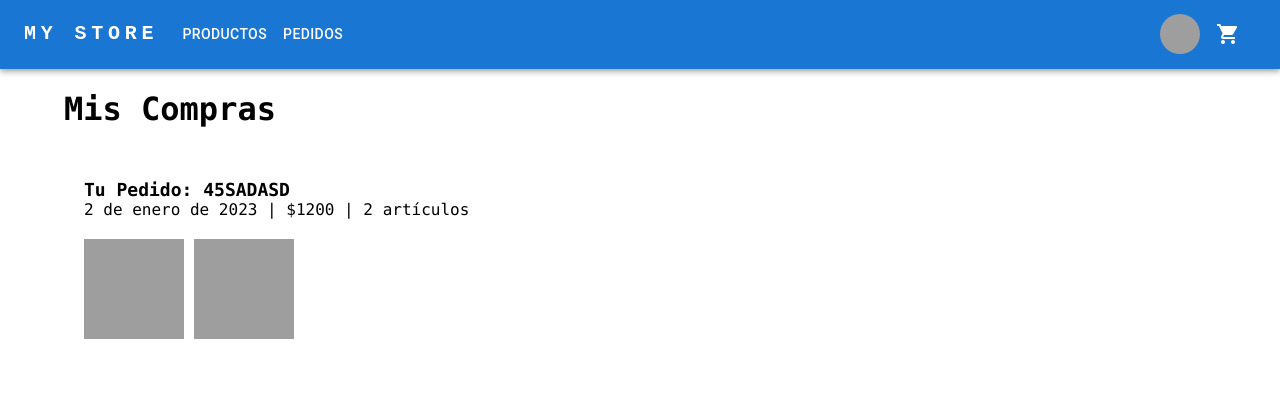
Repository: DanielBorussia/front-my-store
Page: /OrderList
These files come from the project's save history. The page is drawn as it stood at one moment and after the next save; the edit follows.
The browser window is 1280 px wide. The pictures show the whole page.
Pictures or frames that could not be fetched are drawn as grey boxes. The project was rebuilt for these pictures with package versions that can differ from the ones it lists, and the page was loaded fresh each time. Also part of the build but not shown: src/components/OrderItem.js, src/containers/MyOrderPreview.js, src/components/ProductItem.js, src/hooks/useGetProducts.js, src/shared/Loading.js, src/containers/ProductList.js, src/pages/Home.js.

Above is the page before, as saved 2023-07-01 16:48:49.

### src/index.js
import React from 'react';
import ReactDOM from 'react-dom/client';
import './index.css';
import App from './routes/App';
import reportWebVitals from './reportWebVitals';

const root = ReactDOM.createRoot(document.getElementById('root'));
root.render(
  <React.StrictMode>
    <App />
  </React.StrictMode>
);

// If you want to start measuring performance in your app, pass a function
// to log results (for example: reportWebVitals(console.log))
// or send to an analytics endpoint. Learn more: https://bit.ly/CRA-vitals
reportWebVitals();

### src/index.css
body {
  margin: 0;
  -webkit-font-smoothing: antialiased;
  -moz-osx-font-smoothing: grayscale;
  font-family: source-code-pro, Menlo, Monaco, Consolas, "Courier New",
  monospace;
}

### src/routes/App.js
import React from 'react';
import { BrowserRouter, Routes, Route } from 'react-router-dom';
import useInitialState from '../hooks/useInitialState';
import AppContext from '../context/AppContext';
import Layout from '../containers/Layout';
import Home from '../pages/Home';
import ShoppingList from '../containers/ShoppingList';

const App = () => {
    const initialState = useInitialState();
    return (
        //encapsular la aplicacion para compartir la informacion
        <AppContext.Provider value={initialState}>
        <BrowserRouter>
            <Layout>
            <Routes>
                <Route exact path="/" element={<Home/>} />
                <Route exact path="/OrderList" element={<ShoppingList/>} />
            </Routes>
            </Layout>
        </BrowserRouter>
        </AppContext.Provider>

    );
}

export default App;

### src/hooks/useInitialState.js
import { useState } from 'react';

const initialState = {
    cart: [],
}

const useInitialState = () => {
    const [state, setState] = useState(initialState);

    const addToCart = (payload) => {
        setState({
            ...state,
            cart: [...state.cart, payload]
        });
    };

    const removeFromCart = (payload) => {
        setState({
            ...state,
            cart: state.cart.filter(item => item.id != payload.id),
        })
    }

    return {
        state,
        addToCart,
        removeFromCart
    }
}

export default useInitialState;

### src/containers/Layout.js
import React from 'react';
import Header from '../components/Header';

const Layout = ({ children }) => {
	return (
		<div className="Layout">
			<Header />
			{children}
		</div>
	);
}

export default Layout;

### src/containers/ShoppingList.js
import { useState } from "react";
// UI
import ShoppingItem from "../components/ShoppingItem";
import { Box, Container } from "@mui/material";

const ShoppingList = () => {
    const [orders, setOrders] = useState([
        {
            id: 1,
            total: 1200,
            code: '45SADASD',
            products:[
                {
                    id: 1,
                    title: 'product 1',
                    image: 'https://assets.adidas.com/images/w_280,h_280,f_auto,q_auto:sensitive/d1d0a4a589d44010bb8daacd00a85d46_9366/FM3897_250_FM3897_01_laydown.jpg.jpg'
                },
                {
                    id: 2,
                    title: 'product 2',
                    image: 'https://assets.adidas.com/images/w_280,h_280,f_auto,q_auto:sensitive/42c462d2f5d94d80930bae6701225f46_9366/HG7757_120_HG7757_03_standard.jpg.jpg'
                }
            ]
        }
    ]);

    return (
        <Container>
            <h1>Mis Compras</h1>
            <Box className="soppingList">
                {orders.map(order => (
                    <ShoppingItem order={order} key={order.id} />
                ))}
            </Box>

        </Container>
    );
}

export default ShoppingList;

### src/components/Header.js
import React, { useContext, useState } from 'react';
// UI
import AppBar from '@mui/material/AppBar';
import Box from '@mui/material/Box';
import Toolbar from '@mui/material/Toolbar';
import IconButton from '@mui/material/IconButton';
import Typography from '@mui/material/Typography';
import Menu from '@mui/material/Menu';
import MenuIcon from '@mui/icons-material/Menu';
import Container from '@mui/material/Container';
import Avatar from '@mui/material/Avatar';
import Button from '@mui/material/Button';
import Tooltip from '@mui/material/Tooltip';
import MenuItem from '@mui/material/MenuItem';
import AdbIcon from '@mui/icons-material/Adb';
import ShoppingCartIcon from '@mui/icons-material/ShoppingCart';
import AppContext from '../context/AppContext';
import MyOrderPreview from '../containers/MyOrderPreview';

const pages = ['Productos', 'Pedidos'];
const settings = ['Perfil', 'Mis Pedidos', 'Salir'];

const Header = () => {
    const { state } = useContext(AppContext);
    const [anchorElNav, setAnchorElNav] = useState(null);
    const [anchorElUser, setAnchorElUser] = useState(null);
    const [toggleOrderPreview, setToggleOrderPreview] = useState(false);

    const handleOpenNavMenu = (event) => {
        setAnchorElNav(event.currentTarget);
    };

    const handleOpenUserMenu = (event) => {
        setAnchorElUser(event.currentTarget);
    };

    const handleCloseNavMenu = () => {
        setAnchorElNav(null);
    };

    const handleCloseUserMenu = () => {
        setAnchorElUser(null);
    };

    return (
    <AppBar position="static">
      <Container maxWidth="xl">
        <Toolbar disableGutters>
          <Typography
            variant="h6"
            noWrap
            component="a"
            href="/"
            sx={{
              mr: 2,
              display: { xs: 'none', md: 'flex' },
              fontFamily: 'monospace',
              fontWeight: 700,
              letterSpacing: '.3rem',
              color: 'inherit',
              textDecoration: 'none',
            }}
          >
            MY STORE
          </Typography>

          <Box sx={{ flexGrow: 1, display: { xs: 'flex', md: 'none' } }}>
            <IconButton
              size="large"
              aria-label="account of current user"
              aria-controls="menu-appbar"
              aria-haspopup="true"
              onClick={handleOpenNavMenu}
              color="inherit"
            >
              <MenuIcon />
            </IconButton>
            <Menu
              id="menu-appbar"
              anchorEl={anchorElNav}
              anchorOrigin={{
                vertical: 'bottom',
                horizontal: 'left',
              }}
              keepMounted
              transformOrigin={{
                vertical: 'top',
                horizontal: 'left',
              }}
              open={Boolean(anchorElNav)}
              onClose={handleCloseNavMenu}
              sx={{
                display: { xs: 'block', md: 'none' },
              }}
            >
              {pages.map((page) => (
                <MenuItem key={page} onClick={handleCloseNavMenu}>
                  <Typography textAlign="center">{page}</Typography>
                </MenuItem>
              ))}
            </Menu>
          </Box>
          <AdbIcon sx={{ display: { xs: 'flex', md: 'none' }, mr: 1 }} />


          <Typography
            variant="h5"
            noWrap
            component="a"
            href=""
            sx={{
              mr: 2,
              display: { xs: 'flex', md: 'none' },
              flexGrow: 1,
              fontFamily: 'monospace',
              fontWeight: 700,
              letterSpacing: '.3rem',
              color: 'inherit',
              textDecoration: 'none',
            }}
          >
            MY STORE
          </Typography>
          <Box sx={{ flexGrow: 1, display: { xs: 'none', md: 'flex' } }}>
            {pages.map((page) => (
              <Button
                key={page}
                onClick={handleCloseNavMenu}
                sx={{ my: 2, color: 'white', display: 'block' }}
              >
                {page}
              </Button>
            ))}
          </Box>

          <Box sx={{ flexGrow: 0 }}>
            <Tooltip title="Open settings">
              <IconButton onClick={handleOpenUserMenu} sx={{ p: 0 }}>
                <Avatar alt="Remy Sharp" src="/static/images/avatar/2.jpg" />
              </IconButton>
            </Tooltip>
            <Menu
              sx={{ mt: '45px' }}
              id="menu-appbar"
              anchorEl={anchorElUser}
              anchorOrigin={{
                vertical: 'top',
                horizontal: 'right',
              }}
              keepMounted
              transformOrigin={{
                vertical: 'top',
                horizontal: 'right',
              }}
              open={Boolean(anchorElUser)}
              onClose={handleCloseUserMenu}
            >
              {settings.map((setting) => (
                <MenuItem key={setting} onClick={handleCloseUserMenu}>
                  <Typography textAlign="center">{setting}</Typography>
                </MenuItem>
              ))}
            </Menu>
          </Box>
          <Box sx={{ margin: 2 }}>
            <Tooltip title="Car">
              <IconButton  onClick={() => setToggleOrderPreview(!toggleOrderPreview)} color="inherit" sx={{ p: 0 }}>
               <ShoppingCartIcon />
               {state.cart.length > 0 ? <div>{state.cart.length}</div>  : null}
              </IconButton>
            </Tooltip>
          </Box>
        </Toolbar>
      </Container>
      {toggleOrderPreview && <MyOrderPreview />}
    </AppBar>
  );
}

export default Header;

### src/components/ShoppingItem.js
import React from 'react';
// UI
import { Box } from '@mui/material';
// Styles Component
import './../styles/ShoppingItem.scss';

const ShoppingItem = ({ order }) => {
    return (
        <section className='shoppingItem'>
            <Box className="shoppingItem__info">
                <span>Tu Pedido: {order.code}</span>
                <Box className="shoppingItem__info--details">
                    2 de enero de 2023 | ${order.total} | {order.products.length } artículos
                </Box>
            </Box>
            <Box className="shoppingItem__content">
                <Box className="shoppingItem__products">
                    {order.products.map(product => (
                        <Box className="shoppingProductItem">
                            <img src={product.image} />
                        </Box>
                    ))}
                </Box>
            </Box>
        </section>
    );
}

export default ShoppingItem;

### src/styles/ProductList.scss
@import 'vars';

.productList {
	display: grid;
	grid-template-columns: repeat(auto-fill, 240px);
	gap: 26px;
	place-content: center;
	margin: 3em 0 0 0;
}

@media (max-width: 640px) {
	.productList {
		grid-template-columns: repeat(auto-fill, 140px);
	}
}

### src/styles/ShoppingItem.scss
.shoppingItem{
    background-color: white;
    padding: 30px 20px;
    .shoppingItem__info{
        span{
            font-weight: 700;
            font-size: 18px;
        }
    }

    .shoppingItem__info--details{
        margin-bottom: 20px;
    }

    .shoppingItem__products{
        display: flex;
        .shoppingProductItem{
            margin-right: 10px;
            img{
                width: 100px;
                height: 100px;
                object-fit: cover;
                cursor: pointer;
            }
        }
    }
}

### src/styles/MyOrderPreview.scss
@import 'vars';

.myOrderPreview {
	transition: all 0.25s;
    -webkit-transition: all 0.25s;
	overflow:hidden;
    background: #fff;
	width: 360px;
	height: 100%;
	padding: 24px;
	box-sizing: border-box;
	position: absolute;
	right: 0;
	top: 69px;
	border-radius: 6px;
	bottom: 0;
	z-index: 1;
	border: 1px solid var(--very-light-pink);
    .myOrderPreview__title {
        display: flex;
        font-size: var(--lg);
	    font-weight: bold;
		color: var(--black);
        img {
            margin-right: 14px;
         }
    }
}



.myOrderPreview__resume {
	display: grid;
	grid-template-columns: auto 1fr;
	gap: 16px;
	align-items: center;
	background-color: var(--text-input-field);
	margin-bottom: 24px;
	border-radius: 8px;
	padding: 0 24px;
	color: var(--black);

	.myOrderPreview__resume--label {
		font-size: var(--md);
		font-weight: bold;
	}
	.myOrderPreview__resume--value {
		text-align: end;
		font-weight: bold;
	}
}

.primary-button {
	background-color: var(--hospital-green);
	border-radius: 8px;
	border: none;
	color: var(--white);
	width: 100%;
	cursor: pointer;
	font-size: var(--md);
	font-weight: bold;
	height: 50px;
}
@media (max-width: 640px) {
	.myOrderPreview {
		width: 100%;
	}
}

### src/styles/ProductItem.scss
@import 'vars';

.productItem {
	width: 240px;
}
.productItem img {
	width: 240px;
	height: 240px;
	border-radius: 20px;
	object-fit: cover;
	cursor: pointer;
}
.productItem__info {
	cursor: pointer;
	display: flex;
	justify-content: space-between;
	align-items: center;
	margin-top: 12px;
}
.productItem__info figure {
	margin: 0;
}
.productItem__info figure img {
	width: 35px;
	height: 35px;
}
.productItem__info div p:nth-child(1) {
	font-weight: bold;
	font-size: var(--md);
	margin-top: 0;
	margin-bottom: 4px;
}
.productItem__info div p:nth-child(2) {
	font-size: var(--sm);
	margin-top: 0;
	margin-bottom: 0;
	color: var(--very-light-pink);
}
@media (max-width: 640px) {
	.cards-container {
		grid-template-columns: repeat(auto-fill, 140px);
	}
	.ProductItem {
		width: 140px;
	}
	.ProductItem img {
		width: 140px;
		height: 140px;
	}
}

### src/styles/_vars.scss
:root {
	--white: #FFFFFF;
	--black: #000000;
	--very-light-pink: #C7C7C7;
	--text-input-field: #F7F7F7;
	--hospital-green: #ACD9B2;
	--sm: 14px;
	--md: 16px;
	--lg: 18px;
}

### src/styles/OrderItem.scss
@import 'vars';

.orderItem {
	display: grid;
	grid-template-columns: auto 1fr auto auto;
	gap: 16px;
	margin-bottom: 24px;
	align-items: center;
    .orderItem__image img{
        width: 70px;
        height: 70px;
        border-radius: 20px;
        object-fit: cover;
    }
    .orderItem__information--title{
        color: var(--very-light-pink);
    }
    .orderItem__information--price{
        font-size: var(--md);
        font-weight: bold;
        color: var(--black);
    }
}

Loaded but not shown: public/index.html (common file); src/reportWebVitals.js (common file); src/context/AppContext.js (common file)

After the next save:
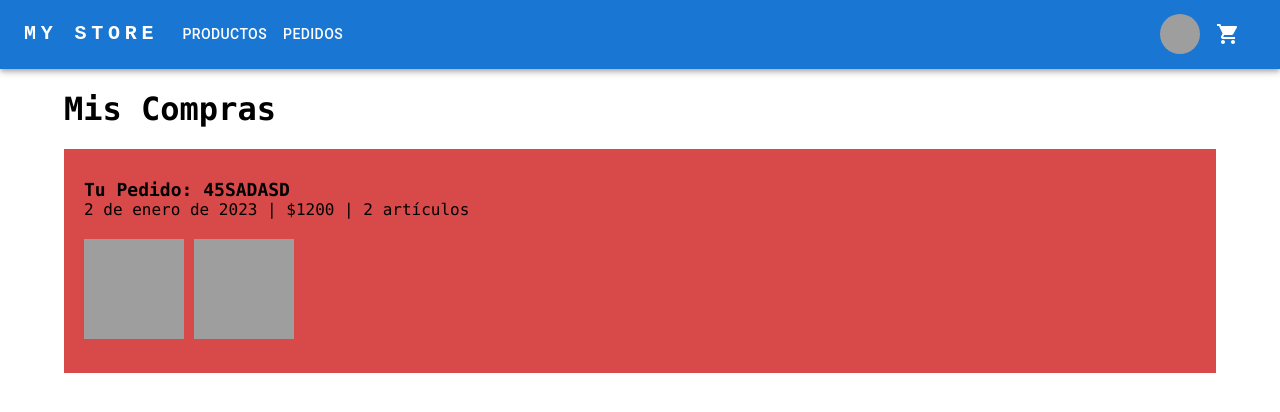
Saved 5 s later.
--- a/src/styles/ShoppingItem.scss
+++ b/src/styles/ShoppingItem.scss
@@ -1,5 +1,5 @@
 .shoppingItem{
-    background-color: white;
+    background-color: rgb(216, 73, 73);
     padding: 30px 20px;
     .shoppingItem__info{
         span{
